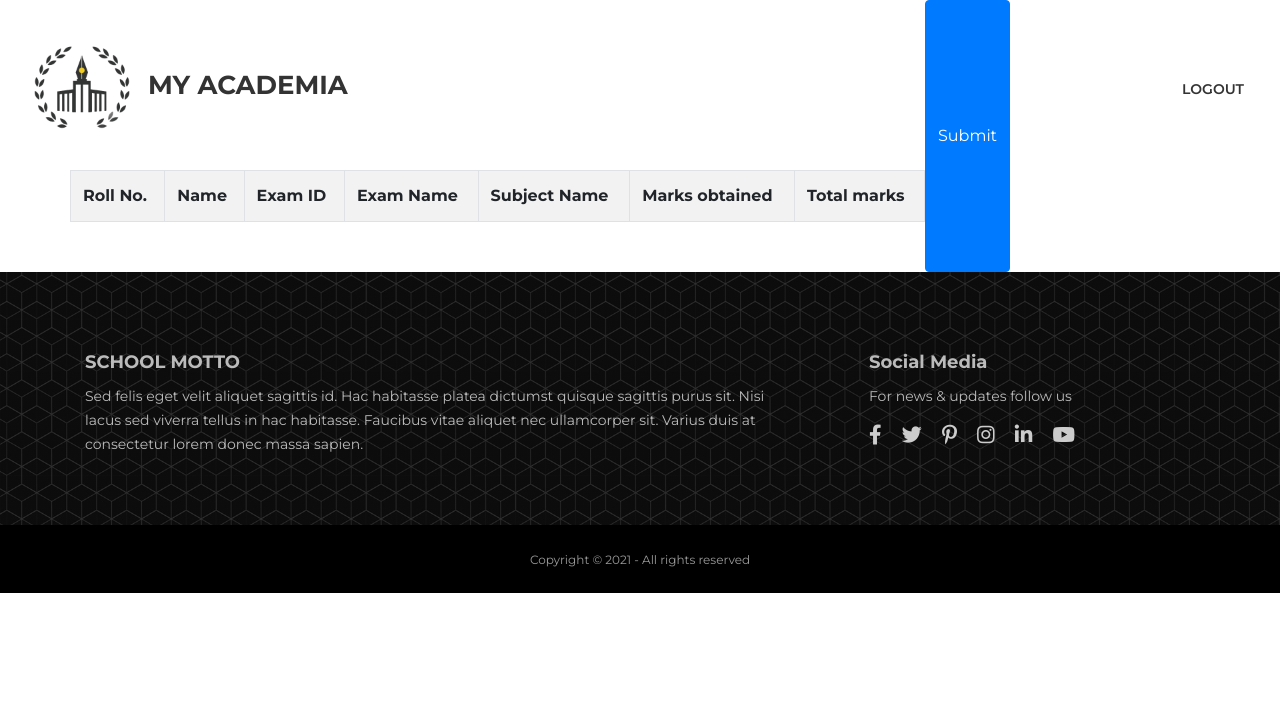
Repository: SaxenaAbhay/DBMS2023
Page: http://localhost/score
These files come from the project's save history. The page is drawn as it stood at one moment and after the next save; the edit follows.
The browser window is 1280 px wide. The pictures show the whole page.
The page is this project's Thymeleaf template; nobody is signed in. The template is opened directly, without the code that normally fills it, so the values that code supplies are empty.

Above is the page before, as saved 2023-10-21 16:39:45.

### school-managment-system/src/main/resources/templates/score.html
<!DOCTYPE html>
<html lang="en">
    <head>
        <meta charset="utf-8">
        <meta name="viewport" content="width=device-width, initial-scale=1, shrink-to-fit=no">

        <!-- SEO Meta Tags -->
        <meta name="description" content="My Academia">
        <meta name="keywords" content="school website, responsive">
        <meta name="author" content="Yashwini Bansal">

        <!-- Website Title -->
        <title>My Academia</title>

        <link href="https://fonts.googleapis.com/css?family=Montserrat:400,400i,600,700,700i&display=swap" rel="stylesheet">

        <link href="css/bootstrap.css" rel="stylesheet">
        <link href="css/fontawesome-all.css" rel="stylesheet">
        <link href="css/swiper.css" rel="stylesheet">
        <link href="css/styles.css" rel="stylesheet">

        <link rel="icon" href="images/logo2.jpg">

        <!-- Scripts -->
        <script src="js/jquery.min.js" defer></script>
        <script src="js/popper.min.js" defer></script>
        <script src="js/bootstrap.min.js" defer></script>
        <script src="js/jquery.easing.min.js" defer></script>
        <script src="js/swiper.min.js" defer></script>
        <script src="js/validator.min.js" defer></script>
        <script src="js/scripts.js" defer></script>
    </head>
    <body  data-spy="scroll"  data-target=".fixed-top">

        <!-- Preloader -->
        <div class="spinner-wrapper">
            <div class="spinner">
                <div class="bounce1"></div>
                <div class="bounce2"></div>
                <div class="bounce3"></div>
            </div>
        </div>
        <!-- end of preloader -->


        <!-- Navigation -->
        <nav class="navbar navbar-expand-lg navbar-dark navbar-custom fixed-top">

            <!-- Logo -->
            <a class="navbar-brand logo-image" href="./index.html"><img src="./images/logo.jpg"></a><h3>MY ACADEMIA</h3>

            <!-- Mobile Menu Toggle Button -->
            <button class="navbar-toggler" type="button" data-toggle="collapse" data-target="#navbarsExampleDefault" aria-controls="navbarsExampleDefault" aria-expanded="false" aria-label="Toggle navigation">
                <span class="navbar-toggler-awesome fas fa-bars"></span>
                <span class="navbar-toggler-awesome fas fa-times"></span>
            </button>
            <!-- end of mobile menu toggle button -->

            <div class="collapse navbar-collapse" id="navbarsExampleDefault">
                <ul class="navbar-nav ml-auto">
                    <!--<li class="nav-item">
                        <a class="nav-link page-scroll" href="./teachers.html">PROFILE</a>
                    </li>-->
                    <li class="nav-item">
                        <a class="nav-link page-scroll" href="#">LOGOUT</a>
                    </li>
                </ul>
            </div>
        </nav>

        <div class="container">
            <div class="row">
                <table class="table table-striped table-bordered table-hover table-condensed col-md-9">
                <tr>
                    <th>Roll No.</th>
                    <th>Name</th>
                    <th>Exam ID</th>
                    <th>Exam Name</th>
                    <th>Subject Name</th>
                    <th>Marks obtained</th>
                    <th>Total marks</th>
                </tr>
                <!--<tr>
                    <td>1</td>
                    <td>...</td>
                    <td>...</td>
                    <td>...</td>
                    <td>...</td>
                    <td>...</td>
                    <td>...</td>
                </tr>
                <tr>
                    <td>2</td>
                    <td>...</td>
                    <td>...</td>
                    <td>...</td>
                    <td>...</td>
                    <td>...</td>
                    <td>...</td>
                </tr>
                <tr>
                    <td>3</td>
                    <td>...</td>
                    <td>...</td>
                    <td>...</td>
                    <td>...</td>
                    <td>...</td>
                    <td>...</td>
                </tr>
                <tr>
                    <td>4</td>
                    <td>...</td>
                    <td>...</td>
                    <td>...</td>
                    <td>...</td>
                    <td>...</td>
                    <td>...</td>
                </tr>
                <tr>
                    <td>5</td>
                    <td>...</td>
                    <td>...</td>
                    <td>...</td>
                    <td>...</td>
                    <td>...</td>
                    <td>...</td>
                </tr>
                <tr>
                    <td>6</td>
                    <td>...</td>
                    <td>...</td>
                    <td>...</td>
                    <td>...</td>
                    <td>...</td>
                    <td>...</td>
                </tr>
                <tr>
                    <td>7</td>
                    <td>...</td>
                    <td>...</td>
                    <td>...</td>
                    <td>...</td>
                    <td>...</td>
                    <td>...</td>
                </tr>-->
                </table>

                <!--<form class="col-md-3 teach-form">
                    <div class="form-group">
                    <label>Roll No.</label>
                    <input type="text" class="form-control">
                    </div>

                    <div class="form-group">
                    <label>Subject</label>
                    <select class="form-control">
                        <option value="english">English</option>
                        <option value="hindi">Hindi</option>
                        <option value="maths">Maths</option>
                        <option value="science">Science</option>
                        <option value="computer">Computer</option>
                    </select>
                    </div>

                    <div class="form-group">
                        <label>Marks</label>
                        <input type="email" class="form-control" placeholder="Add marks">
                    </div>


                </form>-->
                <button type="submit" class="btn btn-default btn-primary">Submit</button>
            </div>
          </div>

        <!-- Footer -->
        <div class="footer">
            <div class="container">
                <div class="row">
                    <div class="col-md-8">
                        <div class="footer-col first">
                            <h5>SCHOOL MOTTO</h5>
                            <p class="p-small">Sed felis eget velit aliquet sagittis id. Hac habitasse platea dictumst quisque sagittis purus sit. Nisi lacus sed viverra tellus in hac habitasse. Faucibus vitae aliquet nec ullamcorper sit. Varius duis at consectetur lorem donec massa sapien.</p>
                        </div>
                    </div> <!-- end of col -->
                    <div class="col-md-4">
                        <div class="footer-col fourth">
                            <h5>Social Media</h5>
                            <p class="p-small">For news & updates follow us</p>
                            <a href="#your-link">
                                <i class="fab fa-facebook-f"></i>
                            </a>
                            <a href="#your-link">
                                <i class="fab fa-twitter"></i>
                            </a>
                            <a href="#your-link">
                                <i class="fab fa-pinterest-p"></i>
                            </a>
                            <a href="#your-link">
                                <i class="fab fa-instagram"></i>
                            </a>
                            <a href="#your-link">
                                <i class="fab fa-linkedin-in"></i>
                            </a>
                            <a href="#your-link">
                                <i class="fab fa-youtube"></i>
                            </a>
                        </div>
                    </div> <!-- end of col -->
                </div> <!-- end of row -->
            </div> <!-- end of container -->
        </div> <!-- end of footer -->
        <!-- end of footer -->


        <!-- Copyright -->
        <div class="copyright">
            <div class="container">
                <div class="row">
                    <div class="col-lg-12">
                        <p class="p-small">Copyright © 2021 - All rights reserved</p>
                    </div> <!-- end of col -->
                </div> <!-- enf of row -->
            </div> <!-- end of container -->
        </div> <!-- end of copyright -->
        <!-- end of copyright -->
    </body>
</html>

Loaded but not shown: school-managment-system/src/main/resources/static/css/bootstrap.css (library); school-managment-system/src/main/resources/static/css/fontawesome-all.css (library); school-managment-system/src/main/resources/static/css/swiper.css (library); school-managment-system/src/main/resources/static/js/jquery.min.js (library); school-managment-system/src/main/resources/static/js/popper.min.js (library); school-managment-system/src/main/resources/static/js/bootstrap.min.js (library); school-managment-system/src/main/resources/static/js/jquery.easing.min.js (library); school-managment-system/src/main/resources/static/js/swiper.min.js (library); school-managment-system/src/main/resources/static/js/validator.min.js (library); school-managment-system/src/main/resources/static/js/scripts.js (177 lines, source omitted); school-managment-system/src/main/resources/static/css/styles.css (1735 lines, source omitted)

After the next save:
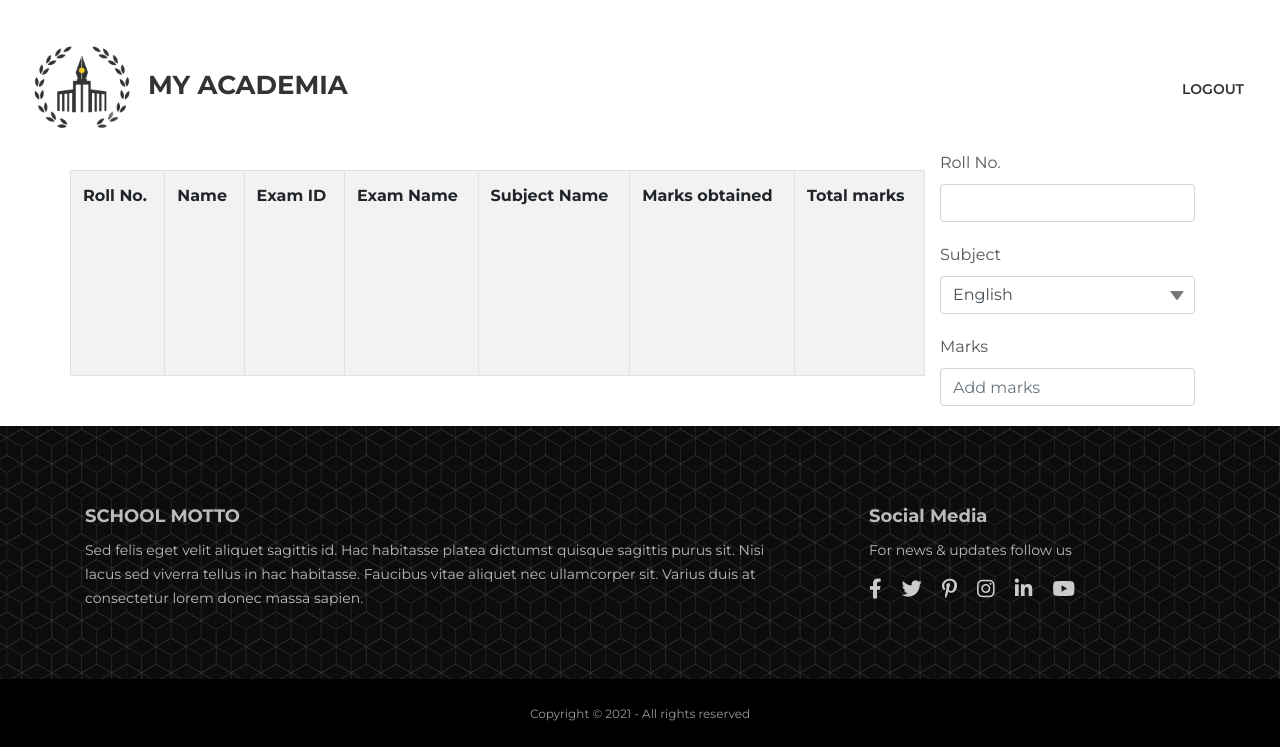
Saved 70 s later.
--- a/school-managment-system/src/main/resources/templates/score.html
+++ b/school-managment-system/src/main/resources/templates/score.html
@@ -145,7 +145,7 @@
                 </tr>-->
                 </table>
 
-                <!--<form class="col-md-3 teach-form">
+                <form class="col-md-3 teach-form">
                     <div class="form-group">
                     <label>Roll No.</label>
                     <input type="text" class="form-control">
@@ -168,8 +168,8 @@
                     </div>
 
 
-                </form>-->
-                <button type="submit" class="btn btn-default btn-primary">Submit</button>
+                </form>
+
             </div>
           </div>
 
